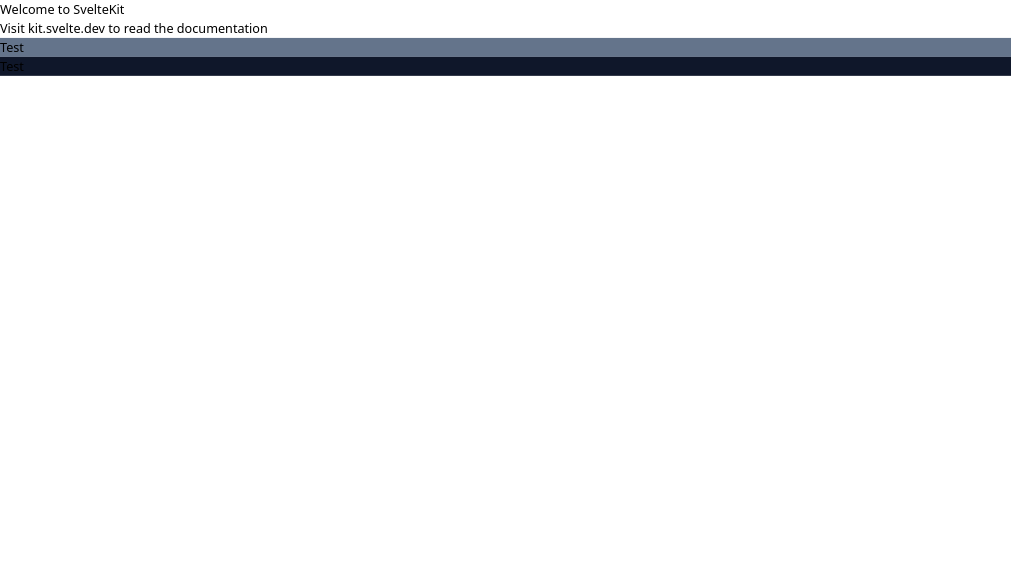
Repository: acostajoma/Portfolio-2.0
Page: /
An editor plug-in stored every save of this project. The page is shown before and after the next save, followed by the edit.
The browser window is 1280 px wide. The pictures show the whole page, at 79% of full size.
The project was rebuilt for these pictures with package versions that can differ from the ones it lists, and the page was loaded fresh each time. The framework's server and built-in components were replaced by stand-ins that run in the browser. Also part of the build but not shown: svelte.config.js, vite.config.js.

Above is the page before, as saved 2022-11-19 18:01:22.

After the next save:
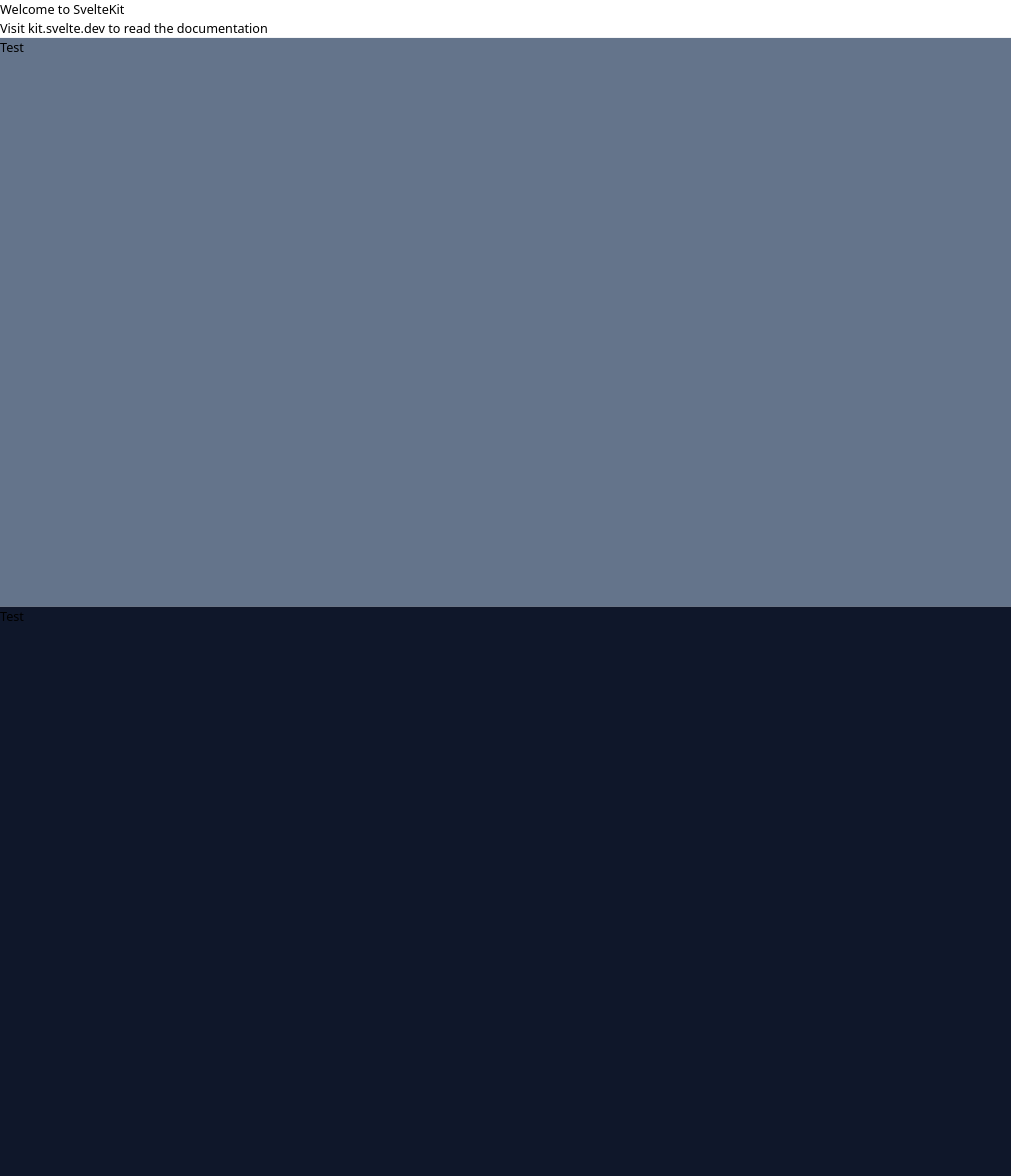
Saved 17 s later.
--- a/src/routes/+page.svelte
+++ b/src/routes/+page.svelte
@@ -1,4 +1,4 @@
 <h1>Welcome to SvelteKit</h1>
 <p>Visit <a href="https://kit.svelte.dev">kit.svelte.dev</a> to read the documentation</p>
-<div class="h-full w-full bg-slate-500">Test</div>
-<div class="h-full w-full bg-slate-900">Test</div>
+<div class="h-screen w-full bg-slate-500">Test</div>
+<div class="h-screen w-full bg-slate-900">Test</div>
